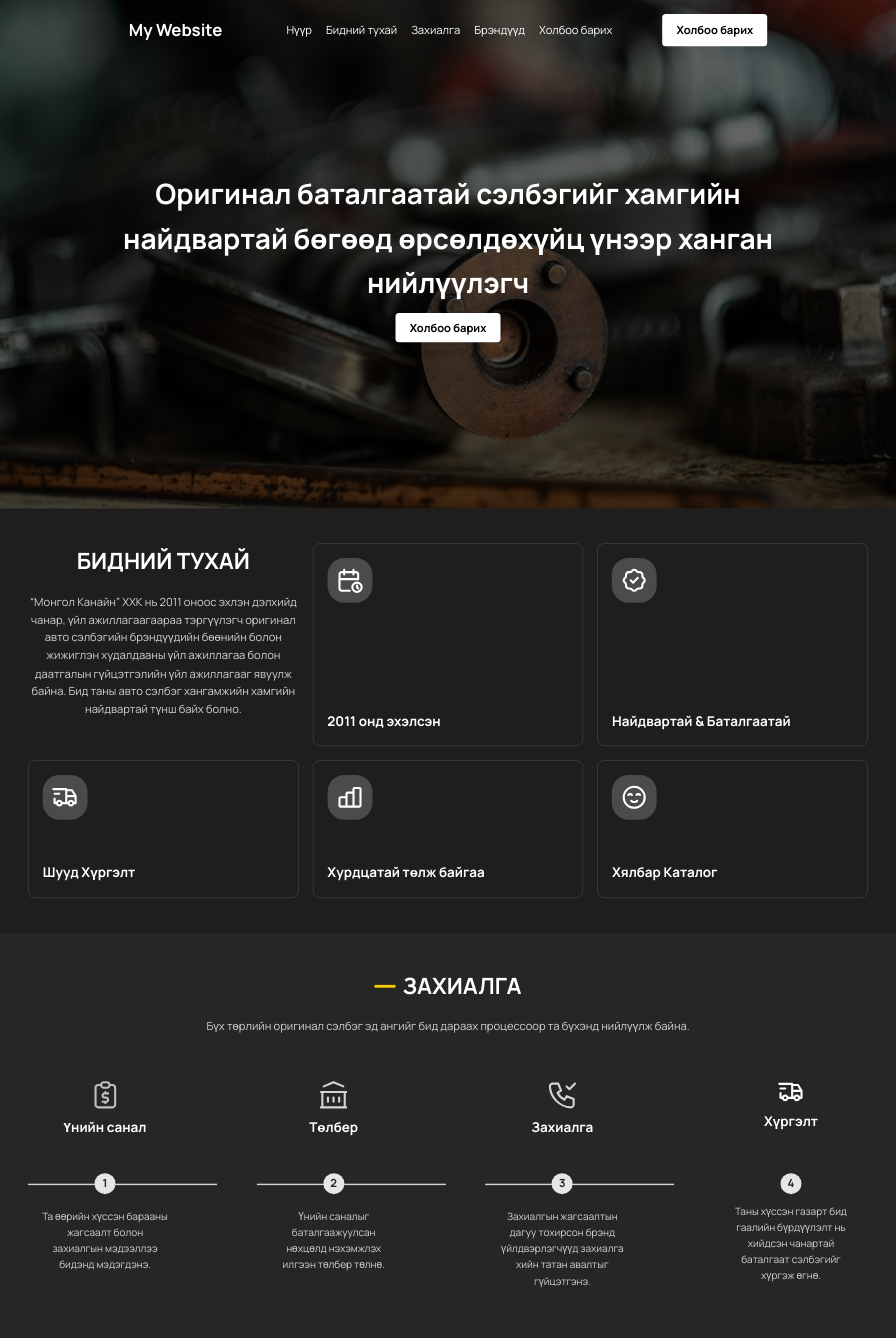
Repository: temuujinnn/mongol_kanain
Page: index.html
These files come from the project's save history. The page is drawn as it stood at one moment and after the next save; the edit follows.
The browser window is 1280 px wide. The pictures show the whole page, at 70% of full size.

Above is the page before, as saved 2024-08-22 18:21:17.

### index.html
<!DOCTYPE html>
<html lang="mn">

<head>
    <meta charset="UTF-8">
    <meta name="viewport" content="width=device-width, initial-scale=1.0">
    <title>My Custom Website</title>
    <link rel="stylesheet" href="style.css">
    <!-- Google Fonts Link -->
    <link href="https://fonts.googleapis.com/css2?family=Manrope:wght@400;700&display=swap" rel="stylesheet">
</head>

<body>
    <!-- Header Section -->
    <header>
        <div class="container">
            <div class="logo">
                <h1>My Website</h1>
            </div>
            <nav>
                <ul>
                    <li><a href="#home">Нүүр</a></li>
                    <li><a href="#about">Бидний тухай</a></li>
                    <li><a href="#order">Захиалга</a></li>
                    <li><a href="#brands">Брэндүүд</a></li>
                    <li><a href="#contact">Холбоо барих</a></li>
                </ul>
            </nav>
            <a href="#contact" class="contact-btn">Холбоо барих</a>
        </div>
    </header>

    <!-- Hero Section -->
    <section id="hero">
        <div class="overlay"></div>
        <div class="hero-content">
            <h1>Оригинал баталгаатай сэлбэгийг хамгийн найдвартай бөгөөд өрсөлдөхүйц үнээр ханган нийлүүлэгч</h1>
            <a href="#contact" class="button">Холбоо барих</a>
        </div>
    </section>

    <!-- The rest of your content -->
    <section id="about">
        <div class="container">

            <div class="about-grid">
                <div>
                    <h2>БИДНИЙ ТУХАЙ</h2>
                    <p class="description">“Монгол Канайн” ХХК нь 2011 оноос эхлэн дэлхийд чанар, үйл ажиллагаагаараа
                        тэргүүлэгч
                        оригинал авто сэлбэгийн брэндүүдийн бөөнийн болон жижиглэн худалдааны үйл ажиллагаа болон
                        даатгалын
                        гүйцэтгэлийн үйл ажиллагааг явуулж байна. Бид таны авто сэлбэг хангамжийн хамгийн найдвартай
                        түнш
                        байх
                        болно.</p>
                </div>

                <div class="about-card">
                    <div class="icon">
                        <img src="./icons/calendar-time.svg" alt="Calendar Icon">
                    </div>
                    <div style="height: 40px;"></div>
                    <div class="text">2011 онд эхэлсэн</div>
                </div>
                <div class="about-card">
                    <div class="icon">
                        <img src="./icons/discount-check.svg" alt="Calendar Icon">
                    </div>
                    <div style="height: 40px;"></div>
                    <div class="text">Найдвартай & Баталгаатай</div>
                </div>
                <div class="about-card">
                    <div class="icon">
                        <img src="./icons/truck-delivery.svg" alt="Calendar Icon">
                    </div>
                    <div style="height: 40px;"></div>
                    <div class="text">Шууд Хүргэлт</div>
                </div>
                <div class="about-card">
                    <div class="icon">
                        <img src="./icons/chart-bar.svg" alt="Calendar Icon">
                    </div>
                    <div style="height: 40px;"></div>
                    <div class="text">Хурдцатай төлж байгаа</div>
                </div>
                <div class="about-card">
                    <div class="icon">
                        <img src="./icons/mood-smile-beam.svg" alt="Calendar Icon">
                    </div>
                    <div style="height: 40px;"></div>
                    <div class="text">Хялбар Каталог</div>
                </div>
            </div>
        </div>
    </section>
    <section id="order-process">
        <div class="container">
            <h2>ЗАХИАЛГА</h2>
            <p class="description">Бүх төрлийн оригинал сэлбэг эд ангийг бид дараах процессоор та бүхэнд нийлүүлж байна.
            </p>
            <div class="steps">
                <div class="step">
                    <div class="stepicon">
                        <img src="./icons/report-money.svg" alt="Calendar Icon">
                    </div>
                    <div class="step-number">1</div>
                    <h3>Үнийн санал</h3>
                    <p>Та өөрийн хүссэн барааны жагсаалт болон захиалгын мэдээллээ бидэнд мэдэгдэнэ.</p>
                </div>
                <div class="step">
                    <div class="stepicon">
                        <img src="./icons/building-bank.svg" alt="Calendar Icon">
                    </div>
                    <div class="step-number">2</div>
                    <h3>Төлбер</h3>
                    <p>Үнийн саналыг баталгаажуулсан нөхцөлд нэхэмжлэх илгээн төлбер төлнө.</p>
                </div>
                <div class="step">
                    <div class="stepicon">
                        <img src="./icons/phone-check.svg" alt="Calendar Icon">
                    </div>
                    <div class="step-number">3</div>
                    <h3>Захиалга</h3>
                    <p>Захиалгын жагсаалтын дагуу тохирсон брэнд үйлдвэрлэгчүүд захиалга хийн татан авалтыг гүйцэтгэнэ.
                    </p>
                </div>
                <div class="step">
                    <div class="stepicon">
                        <img src="./icons/truck-delivery.svg" alt="Calendar Icon">
                    </div>
                    <div class="step-number">4</div>
                    <h3>Хүргэлт</h3>
                    <p>Таны хүссэн газарт бид гаалийн бүрдүүлэлт нь хийдсэн чанартай баталгаат сэлбэгийг хүргэж өгнө.
                    </p>
                </div>
            </div>
        </div>
    </section>
</body>

</html>

### style.css
/* Basic Reset */
* {
    margin: 0;
    padding: 0;
    box-sizing: border-box;
}

body {
    font-family: 'Manrope', sans-serif;
    color: white;
    background-color: #1e1e1e;
    line-height: 1.6;
}

/* Header */
header {

    /* Semi-transparent background */
    padding: 20px 0;
    position: absolute;
    /* Ensure the header is not fixed */
    width: 100%;
    z-index: 1000;
    /* Keep the header on top of other content */
}

header .container {
    display: flex;
    padding-left: 144px;
    padding-right: 144px;
    justify-content: space-between;
    align-items: center;
}

header .logo h1 {
    color: #fff;
    font-size: 1.5rem;
    margin: 0;
}

header nav ul {
    list-style: none;
    display: flex;
    margin: 0;
    padding: 0;
}

header nav ul li {
    margin-left: 20px;
}

header nav ul li a {
    color: #fff;
    text-decoration: none;
    font-size: 1rem;
}

header nav ul li a:hover {
    color: #ffcc00;
}

header .contact-btn {
    background-color: #fff;
    color: #000;
    padding: 10px 20px;
    text-decoration: none;
    border-radius: 5px;
    font-weight: bold;
}

header .contact-btn:hover {
    background-color: #e6e6e6;
}

/* Hero Section */
#hero {
    position: relative;
    background: url('./images/m.png') no-repeat center center/cover;
    height: 726px;
    display: flex;
    justify-content: center;
    align-items: center;
    text-align: center;
    color: #fff;
}

#hero .overlay {
    position: absolute;
    top: 0;
    left: 0;
    right: 0;
    bottom: 0;
    background: rgba(0, 0, 0, 0.5);
    /* Dark overlay */
}

.hero-content {
    z-index: 1;
    max-width: 80%;
}

.hero-content h1 {
    font-size: 2.5rem;
    margin-bottom: 20px;
}

.hero-content .button {
    padding: 10px 20px;
    background: #fff;
    color: #000;
    text-decoration: none;
    border-radius: 5px;
    font-weight: bold;
    transition: background-color 0.3s ease;
}

.hero-content .button:hover {
    background-color: #e6e6e6;
}

#about {
    padding: 50px 20px;
    background-color: #1e1e1e;
}

.container {
    max-width: 1200px;
    margin: 0 auto;
}

#about h2 {
    font-size: 32px;
    margin-bottom: 20px;
    color: #fff;
    font-weight: 700;
}

.description {

    font-size: 12px;
    font-style: normal;
    font-weight: 400;
}

.about-grid {
    display: grid;
    grid-template-columns: repeat(3, 1fr);
    gap: 20px;
    height: 100%;
}

.about-card {
    background-color: #1e1e1e;
    padding: 20px;
    border-radius: 10px;
    display: flex;
    flex-direction: column;
    justify-content: space-between;
    align-items: start;

    border: 1px solid #444;
    transition: transform 0.3s ease, border-color 0.3s ease;
}

.about-card:hover {
    transform: translateY(-5px);
    border-color: #ffcc00;
}

.icon {

    display: flex;
    justify-content: center;
    align-items: center;
    background-color: #4b4b4b;
    width: 64px;
    height: 64px;
    padding: 12px;
    border-radius: 24px;

}



.text {
    font-size: 1.2rem;
    color: #fff;
    font-weight: 700;
}

.text br {
    display: none;
}

@media (min-width: 768px) {
    .text br {
        display: inline;
    }
}

/* Adjusting body padding to avoid header overlay */
#order-process {
    padding: 50px 20px;
    background-color: #262626;
}

.container {
    max-width: 1200px;
    margin: 0 auto;
    text-align: center;
}

#order-process h2 {
    font-size: 2rem;
    margin-bottom: 20px;
    color: #fff;
    position: relative;
    display: inline-block;
    padding-left: 40px;
}

#order-process h2::before {
    content: '';
    position: absolute;
    left: 0;
    top: 50%;
    transform: translateY(-50%);
    width: 30px;
    height: 4px;
    background-color: #ffcc00;
    /* Yellow color */
}

.description {
    font-size: 1rem;
    margin-bottom: 40px;
    color: #d3d3d3;
}

.steps {
    display: flex;
    justify-content: space-between;
    flex-wrap: wrap;
    position: relative;
}

.step {
    flex: 1;
    padding: 20px;
    max-width: 220px;
    position: relative;
    /* Ensure step number stays relative to its parent */
    text-align: center;
}

.step::after {
    content: '';
    position: absolute;
    top: 50%;
    right: -50px;
    /* Adjust depending on spacing between steps */
    width: calc(100% + 50px);
    /* Extend to next step */
    height: 2px;
    background-color: #d3d3d3;
    z-index: 0;
}

.step:last-child::after {
    display: none;
    /* Remove the line after the last step */
}

.icon {
    margin-bottom: 20px;
    position: relative;
}

.step-number {
    position: absolute;
    top: 50%;
    /* Aligns with the line */
    left: 50%;
    transform: translate(-50%, -50%);
    background-color: #e6e6e6;
    color: #262626;
    font-weight: bold;
    border-radius: 50%;
    width: 30px;
    height: 30px;
    display: flex;
    align-items: center;
    justify-content: center;
    font-size: 1rem;
    z-index: 1;
    /* Ensures step number stays on top */
}

.step h3 {
    font-size: 1.2rem;
    margin-bottom: 100px;
    color: #fff;
}

.step p {
    font-size: 0.9rem;
    color: #d3d3d3;
}

@media (max-width: 768px) {
    .steps {
        flex-direction: column;
        align-items: center;
    }

    .step {
        max-width: 100%;
        margin-bottom: 20px;
    }

    .step::after {
        display: none;
        /* Remove the lines for mobile view */
    }
}

After the next save:
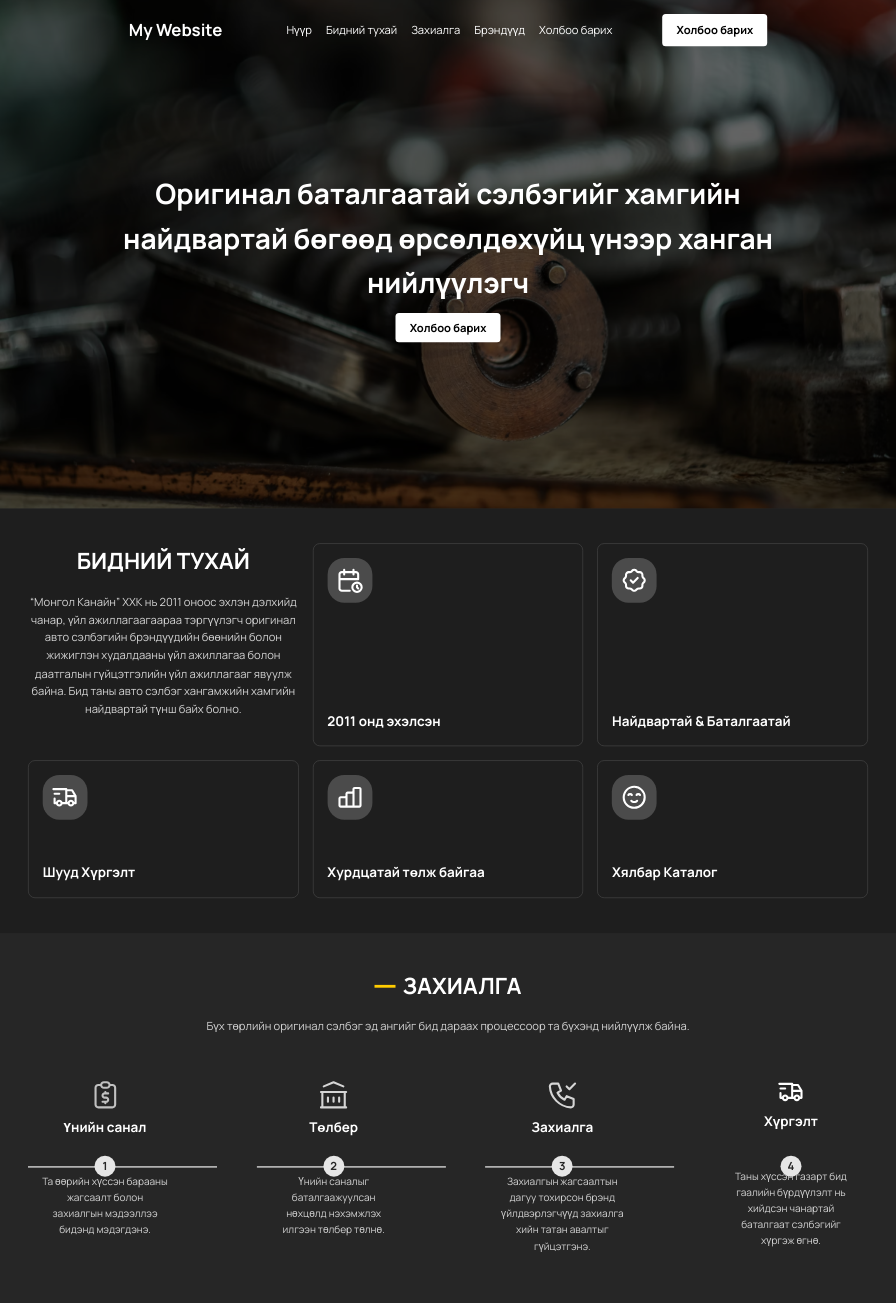
Saved 5 s later.
--- a/style.css
+++ b/style.css
@@ -298,7 +298,7 @@
 
 .step h3 {
     font-size: 1.2rem;
-    margin-bottom: 100px;
+    margin-bottom: 50px;
     color: #fff;
 }
 
